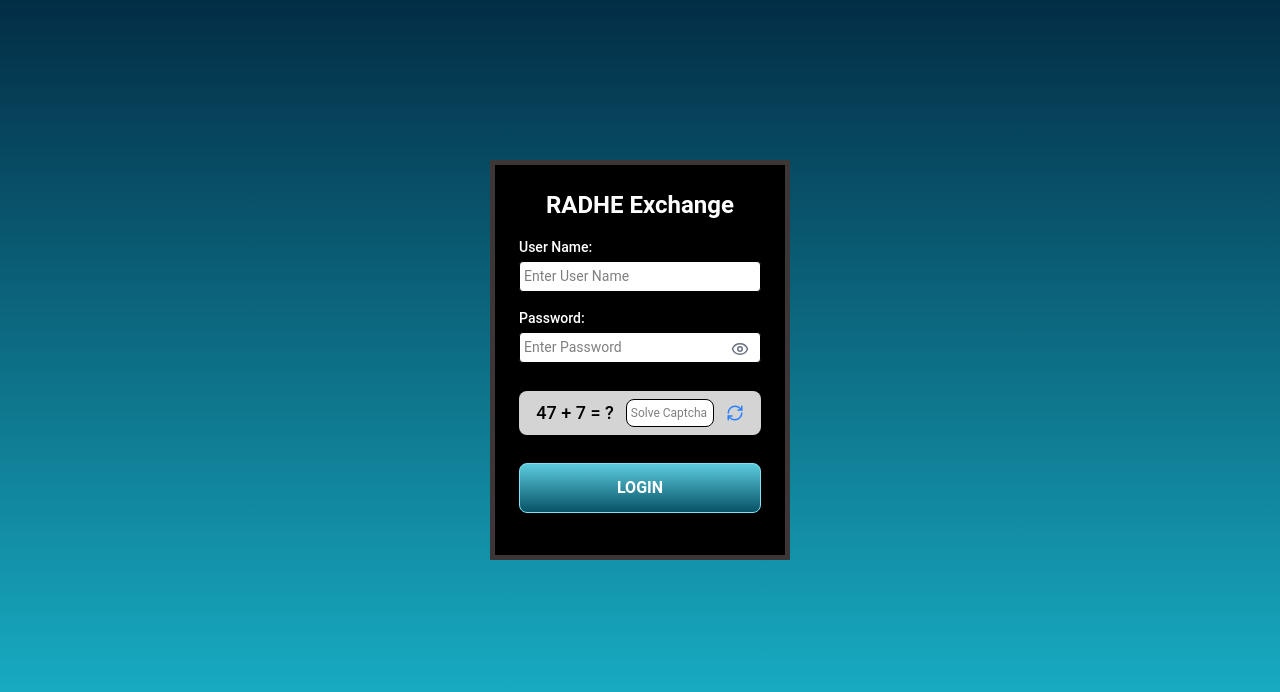
Repository: Habeebur1493/Radhe-Exchange
Page: / (app in frontend/)
The author's editor kept a copy of each file at every save. The page is drawn from the files as they stood at one save, then again after the next save.
The browser window is 1280 px wide. The pictures show the whole page.
Some web libraries are served in a nearby version. The project was rebuilt for these pictures with package versions that can differ from the ones it lists, and the page was loaded fresh each time. Also part of the build but not shown: frontend/vite.config.js, frontend/src/components/Register.jsx, frontend/src/components/utils/api.jsx, frontend/src/components/Dashboard.jsx, frontend/src/components/UserLockPopup.jsx, frontend/src/components/BetLockPopup.jsx, frontend/src/components/Pagination.jsx, frontend/src/components/Client.jsx and 8 more.

Above is the page before, as saved 2025-03-06 16:51:54.

After the next save:
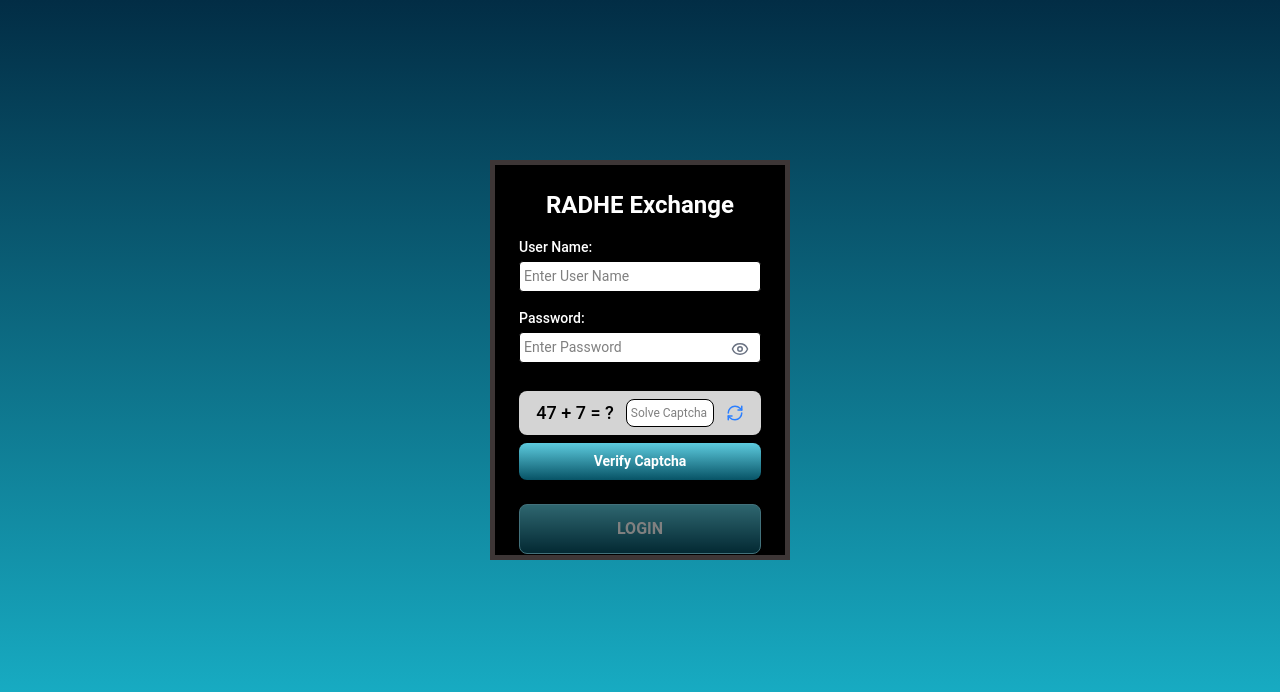
Saved 6 min 9 s later.
--- a/frontend/src/components/Login.jsx
+++ b/frontend/src/components/Login.jsx
@@ -3,29 +3,15 @@
 import axios from "axios";
 
 const Login = () => {
-
   const [username, setUsername] = useState("");
   const [password, setPassword] = useState("");
   const [message, setMessage] = useState("");
+  const [passwordVisible, setPasswordVisible] = useState(false);
 
-  const handlelogin = async (e) => {
-    e.preventDefault();
-    try {
-      const response = await axios.post("http://localhost:5000/api/auth/login", {
-        username,
-        password
-    });
-
-    localStorage.setItem("token", response.data.token);
-    setMessage("Login successful!");
-} catch (error) {
-    setMessage("Invalid username or password");
-}
-};
-
-  const [passwordVisible, setPasswordVisible] = useState(false);
+  // Captcha States
   const [captcha, setCaptcha] = useState(generateCaptcha());
   const [captchaInput, setCaptchaInput] = useState("");
+  const [isCaptchaValid, setIsCaptchaValid] = useState(false);
 
   function generateCaptcha() {
     const num1 = Math.floor(Math.random() * 99) + 1;
@@ -36,15 +22,48 @@
   const refreshCaptcha = () => {
     setCaptcha(generateCaptcha());
     setCaptchaInput("");
+    setIsCaptchaValid(false); // Reset CAPTCHA validation
+  };
+
+  const validateCaptcha = () => {
+    if (parseInt(captchaInput) === captcha.result) {
+      setIsCaptchaValid(true);
+      setMessage("Captcha verified! You can proceed.");
+    } else {
+      setIsCaptchaValid(false);
+      setMessage("Invalid captcha, please try again.");
+    }
+  };
+
+  const handleLogin = async (e) => {
+    e.preventDefault();
+
+    // Check if CAPTCHA is verified before logging in
+    if (!isCaptchaValid) {
+      setMessage("Please solve the captcha first.");
+      return;
+    }
+
+    try {
+      const response = await axios.post("http://localhost:5000/api/auth/login", {
+        username,
+        password,
+      });
+
+      localStorage.setItem("token", response.data.token);
+      setMessage("Login successful!");
+    } catch (error) {
+      setMessage("Invalid username or password");
+    }
   };
 
   return (
     <div className="main flex items-center justify-center min-h-screen bg-[--primary-background]">
       <div className="bg-black p-6 w-75 h-100 border-[5px] border-[#3d3636]">
-        <h2 className="text-2xl font-semibold text-center text-white mb-4">RADHE Exchange</h2>
-        <form
-        onSubmit={handlelogin}
-        className="space-y-4 text-[14px]">
+        <h2 className="text-2xl font-semibold text-center text-white mb-4">
+          RADHE Exchange
+        </h2>
+        <form onSubmit={handleLogin} className="space-y-4 text-[14px]">
           {/* Username Field */}
           <div>
             <label htmlFor="name" className="block text-sm font-medium text-white">
@@ -83,8 +102,10 @@
           </div>
 
           {/* CAPTCHA */}
-          <div className="flex justify-center items-center space-x-3 bg-[#d4d4d4] rounded-lg p-2 mb-7">
-            <span className="text-lg font-medium">{captcha.num1} + {captcha.num2} = ?</span>
+          <div className="flex justify-center items-center space-x-3 bg-[#d4d4d4] rounded-lg p-2 mb-2">
+            <span className="text-lg font-medium">
+              {captcha.num1} + {captcha.num2} = ?
+            </span>
             <input
               type="text"
               name="captcha"
@@ -92,22 +113,33 @@
               value={captchaInput}
               onChange={(e) => setCaptchaInput(e.target.value)}
               placeholder="Solve Captcha"
-              className=" w-22 text-[12px] p-1 border rounded-lg bg-white focus:ring focus:ring-blue-300"
+              className="w-22 text-[12px] p-1 border rounded-lg bg-white focus:ring focus:ring-blue-300"
+              disabled={isCaptchaValid} // Disable input after verification
             />
-            <button
-              type="button"
-              onClick={refreshCaptcha}
-              className="text-blue-500"
-            >
+            <button type="button" onClick={refreshCaptcha} className="text-blue-500">
               <RefreshCw size={18} />
             </button>
           </div>
+
+          {/* CAPTCHA Validation Button */}
+          {!isCaptchaValid && (
+            <button
+              type="button"
+              onClick={validateCaptcha}
+              className="w-full btn bg-blue-500 text-white py-2 rounded-lg font-bold mb-2"
+            >
+              Verify Captcha
+            </button>
+          )}
 
           {/* Submit Button */}
           <p className="mt-2 text-red-500">{message}</p>
           <button
             type="submit"
-            className=" text-[16px] w-full btn bg-[--secondary-background] border-[1px] border-[#84e2f5] text-white py-3 rounded-lg font-bold"
+            className={`text-[16px] w-full btn bg-[--secondary-background] border-[1px] border-[#84e2f5] text-white py-3 rounded-lg font-bold ${
+              !isCaptchaValid ? "opacity-50 cursor-not-allowed" : ""
+            }`}
+            disabled={!isCaptchaValid} // Disable login until CAPTCHA is correct
           >
             LOGIN
           </button>

After the save that followed:
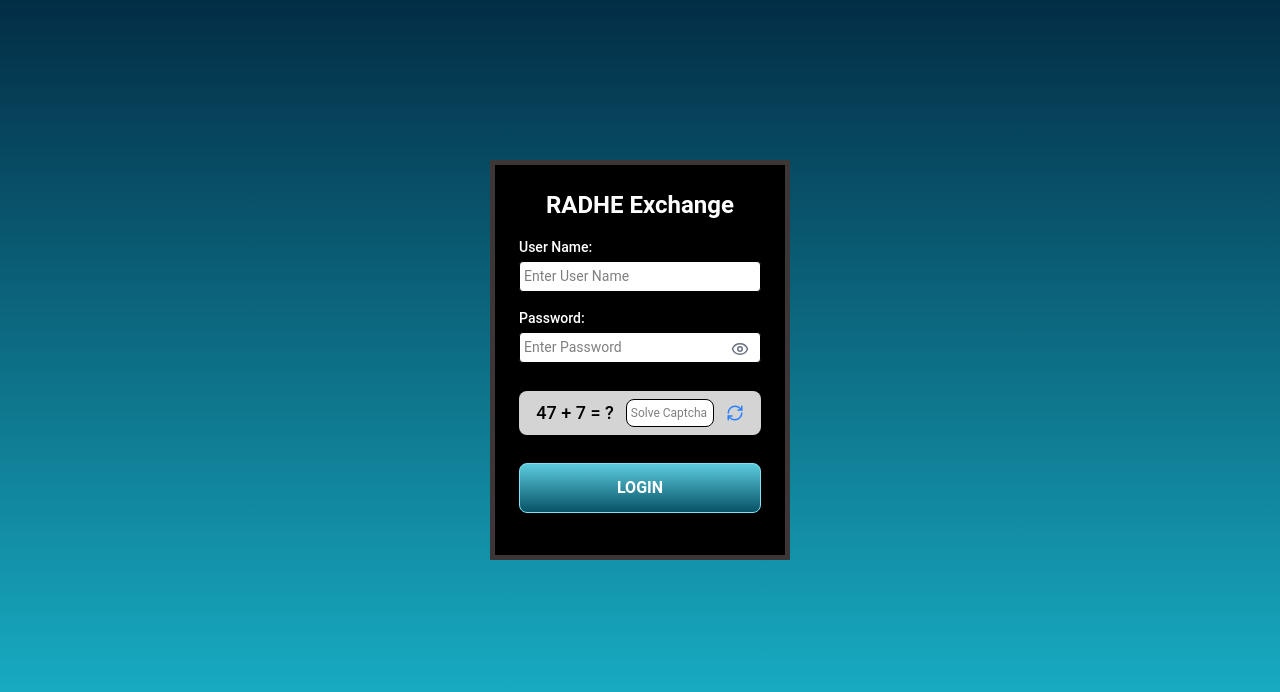
Saved 22 s later.
--- a/frontend/src/components/Login.jsx
+++ b/frontend/src/components/Login.jsx
@@ -3,15 +3,29 @@
 import axios from "axios";
 
 const Login = () => {
+
   const [username, setUsername] = useState("");
   const [password, setPassword] = useState("");
   const [message, setMessage] = useState("");
+
+  const handlelogin = async (e) => {
+    e.preventDefault();
+    try {
+      const response = await axios.post("http://localhost:5000/api/auth/login", {
+        username,
+        password
+    });
+
+    localStorage.setItem("token", response.data.token);
+    setMessage("Login successful!");
+} catch (error) {
+    setMessage("Invalid username or password");
+}
+};
+
   const [passwordVisible, setPasswordVisible] = useState(false);
-
-  // Captcha States
   const [captcha, setCaptcha] = useState(generateCaptcha());
   const [captchaInput, setCaptchaInput] = useState("");
-  const [isCaptchaValid, setIsCaptchaValid] = useState(false);
 
   function generateCaptcha() {
     const num1 = Math.floor(Math.random() * 99) + 1;
@@ -22,48 +36,15 @@
   const refreshCaptcha = () => {
     setCaptcha(generateCaptcha());
     setCaptchaInput("");
-    setIsCaptchaValid(false); // Reset CAPTCHA validation
-  };
-
-  const validateCaptcha = () => {
-    if (parseInt(captchaInput) === captcha.result) {
-      setIsCaptchaValid(true);
-      setMessage("Captcha verified! You can proceed.");
-    } else {
-      setIsCaptchaValid(false);
-      setMessage("Invalid captcha, please try again.");
-    }
-  };
-
-  const handleLogin = async (e) => {
-    e.preventDefault();
-
-    // Check if CAPTCHA is verified before logging in
-    if (!isCaptchaValid) {
-      setMessage("Please solve the captcha first.");
-      return;
-    }
-
-    try {
-      const response = await axios.post("http://localhost:5000/api/auth/login", {
-        username,
-        password,
-      });
-
-      localStorage.setItem("token", response.data.token);
-      setMessage("Login successful!");
-    } catch (error) {
-      setMessage("Invalid username or password");
-    }
   };
 
   return (
     <div className="main flex items-center justify-center min-h-screen bg-[--primary-background]">
       <div className="bg-black p-6 w-75 h-100 border-[5px] border-[#3d3636]">
-        <h2 className="text-2xl font-semibold text-center text-white mb-4">
-          RADHE Exchange
-        </h2>
-        <form onSubmit={handleLogin} className="space-y-4 text-[14px]">
+        <h2 className="text-2xl font-semibold text-center text-white mb-4">RADHE Exchange</h2>
+        <form
+        onSubmit={handlelogin}
+        className="space-y-4 text-[14px]">
           {/* Username Field */}
           <div>
             <label htmlFor="name" className="block text-sm font-medium text-white">
@@ -102,10 +83,8 @@
           </div>
 
           {/* CAPTCHA */}
-          <div className="flex justify-center items-center space-x-3 bg-[#d4d4d4] rounded-lg p-2 mb-2">
-            <span className="text-lg font-medium">
-              {captcha.num1} + {captcha.num2} = ?
-            </span>
+          <div className="flex justify-center items-center space-x-3 bg-[#d4d4d4] rounded-lg p-2 mb-7">
+            <span className="text-lg font-medium">{captcha.num1} + {captcha.num2} = ?</span>
             <input
               type="text"
               name="captcha"
@@ -113,33 +92,22 @@
               value={captchaInput}
               onChange={(e) => setCaptchaInput(e.target.value)}
               placeholder="Solve Captcha"
-              className="w-22 text-[12px] p-1 border rounded-lg bg-white focus:ring focus:ring-blue-300"
-              disabled={isCaptchaValid} // Disable input after verification
+              className=" w-22 text-[12px] p-1 border rounded-lg bg-white focus:ring focus:ring-blue-300"
             />
-            <button type="button" onClick={refreshCaptcha} className="text-blue-500">
+            <button
+              type="button"
+              onClick={refreshCaptcha}
+              className="text-blue-500"
+            >
               <RefreshCw size={18} />
             </button>
           </div>
-
-          {/* CAPTCHA Validation Button */}
-          {!isCaptchaValid && (
-            <button
-              type="button"
-              onClick={validateCaptcha}
-              className="w-full btn bg-blue-500 text-white py-2 rounded-lg font-bold mb-2"
-            >
-              Verify Captcha
-            </button>
-          )}
 
           {/* Submit Button */}
           <p className="mt-2 text-red-500">{message}</p>
           <button
             type="submit"
-            className={`text-[16px] w-full btn bg-[--secondary-background] border-[1px] border-[#84e2f5] text-white py-3 rounded-lg font-bold ${
-              !isCaptchaValid ? "opacity-50 cursor-not-allowed" : ""
-            }`}
-            disabled={!isCaptchaValid} // Disable login until CAPTCHA is correct
+            className=" text-[16px] w-full btn bg-[--secondary-background] border-[1px] border-[#84e2f5] text-white py-3 rounded-lg font-bold"
           >
             LOGIN
           </button>
